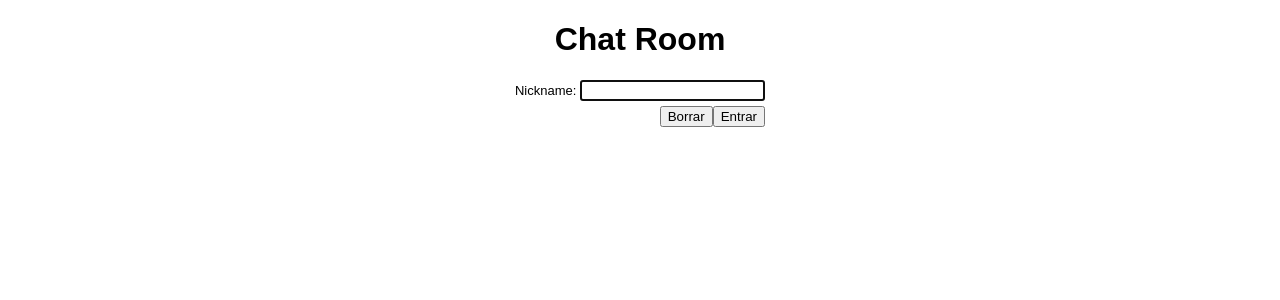
Repository: amtBurgos/SIDI_P3
Page: Practica3ChatWebRecuperacion/src/main/webapp/index.html
An editor plug-in stored every save of this project. The page is shown before and after the next save, followed by the edit.
The browser window is 1280 px wide. The pictures show the whole page.

Above is the page before, as saved 2017-06-03 17:54:15.

### Practica3ChatWebRecuperacion/src/main/webapp/index.html
<!DOCTYPE html>
<html>
<head>
<title>Chat Room Inicio</title>
<meta http-equiv="Content-Type" content="text/html; charset=UTF-8">
<meta name="description"
	content="Sistemas Distribuidos - Practica 3 Segunda Convocatoria - 09/06/2017">
<meta name="author" content="Andrés Miguel Terán">
<meta name="author" content="Francisco Saiz Güemes">
<link rel="stylesheet" href="./vista/css/index.css">
<script type="text/javascript" src="./vista/js/inicio.js"></script>
</head>
<body>
	<h1>Chat Room</h1>
	<!-- Creamos un formulario que valida el nickname antes de mandarlo al servidor -->
	<div id="divLogin">
		<form action="./CheckUsuario" method="post" name="formularioInicio"
			onsubmit="return validarNickname()">
			<label>Nickname: </label> <input type="text" name="nickname"
				required="required" autofocus="autofocus"> <br>
			<div id="divBotonesLogin">
				<input id="borrarBtn" type="button" name="borrar" value="Borrar"
					onclick="limpiarNickname()"><input type="submit"
					name="entrar" value="Entrar">
			</div>
		</form>
	</div>
</body>
</html>

### Practica3ChatWebRecuperacion/src/main/webapp/vista/css/index.css
/*
Fichero CSS para la sala del chat.
*/
* {
	font-family: sans-serif;
}

html {
	display: table;
	margin: auto;
}

h1 {
	text-align: center;
}

label {
	font-size: small;
}

#divBotonesLogin{
	margin-top: 5px;
    text-align: right;
}

### Practica3ChatWebRecuperacion/src/main/webapp/vista/js/inicio.js
/**
 * Comprueba si el nombre es válido o no.
 *
 * @returns true/false si el nombre es válido o no.
 */
function validarNickname() {
	var retorno = false;
	if (document.forms["formularioInicio"]["nickname"].value.trim().length == 0) {
		alert("Rellena el nickname por favor");
		limpiarNickname();
	} else {
		retorno = true;
	}
	return retorno;
}

/**
 * Limpia el input del nickname y lo enfoca.
 */
function limpiarNickname() {
	document.forms["formularioInicio"]["nickname"].value = "";
	document.forms["formularioInicio"]["nickname"].focus();
}

After the next save:
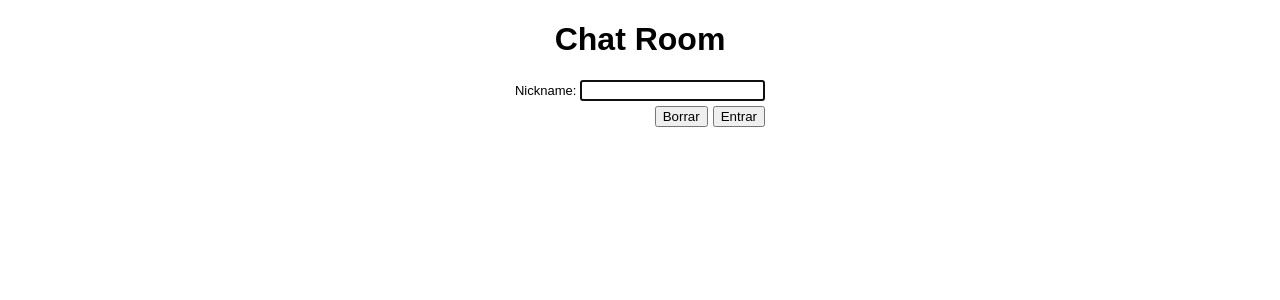
Saved 8 s later.
--- a/Practica3ChatWebRecuperacion/src/main/webapp/vista/css/index.css
+++ b/Practica3ChatWebRecuperacion/src/main/webapp/vista/css/index.css
@@ -18,7 +18,11 @@ label {
 	font-size: small;
 }
 
-#divBotonesLogin{
+#divBotonesLogin {
 	margin-top: 5px;
-    text-align: right;
+	text-align: right;
 }
+
+#borrarBtn {
+	margin-right: 5px;
+}
